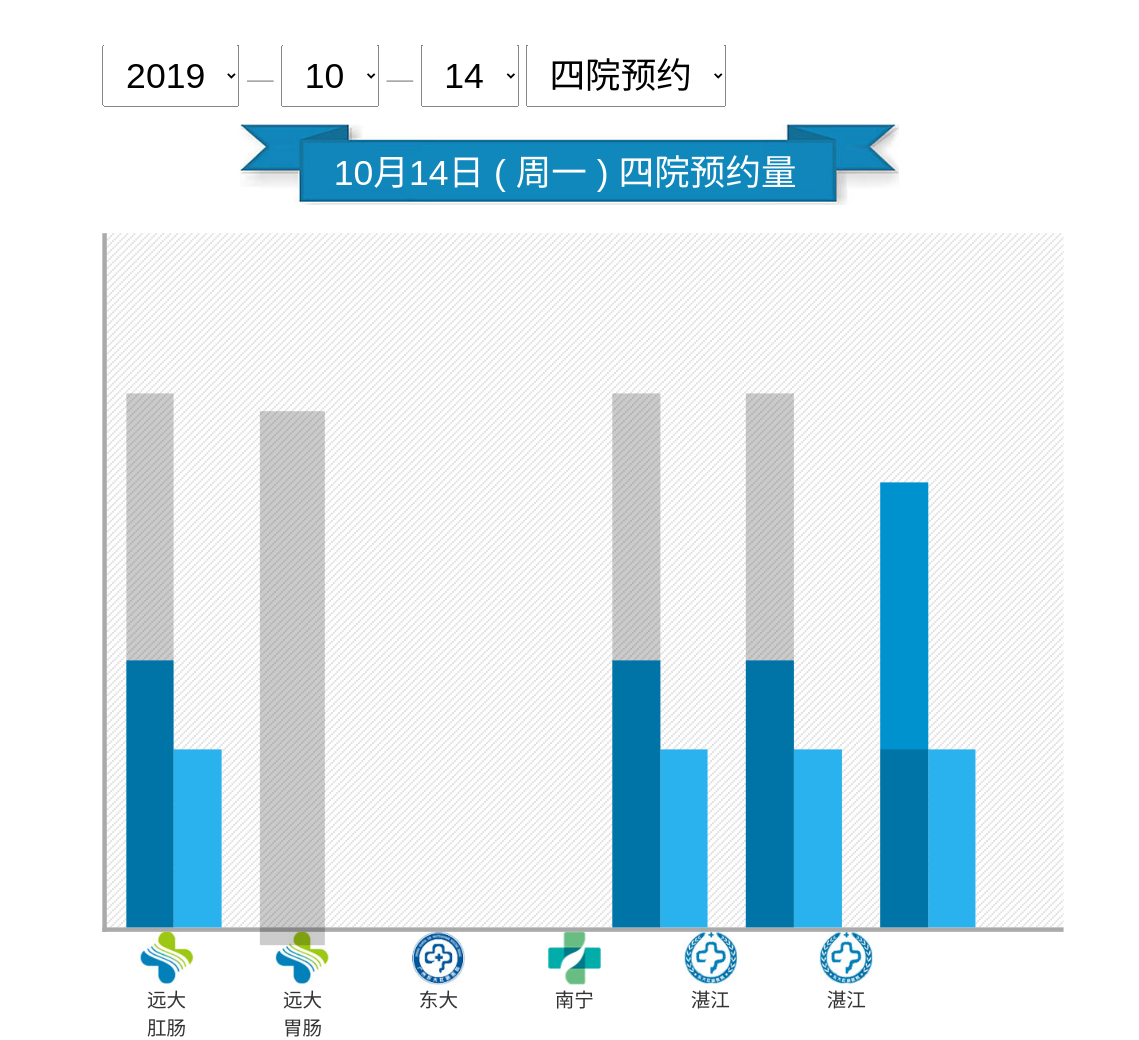
Repository: jerryyan/project
Page: http://localhost/m/index.php
An editor plug-in stored every save of this project. The page is shown before and after a run of saves, followed by the edit.
The browser window is 1280 px wide. The pictures show the whole page, at 89% of full size.
The page is run by PHP 8.4 with error messages shown; the project is at /var/www/html/. The session is filled in as if someone had signed in: {"name": "admin"}.

Above is the page before, as saved 2019-10-14 15:46:30.

After the next 2 saves:
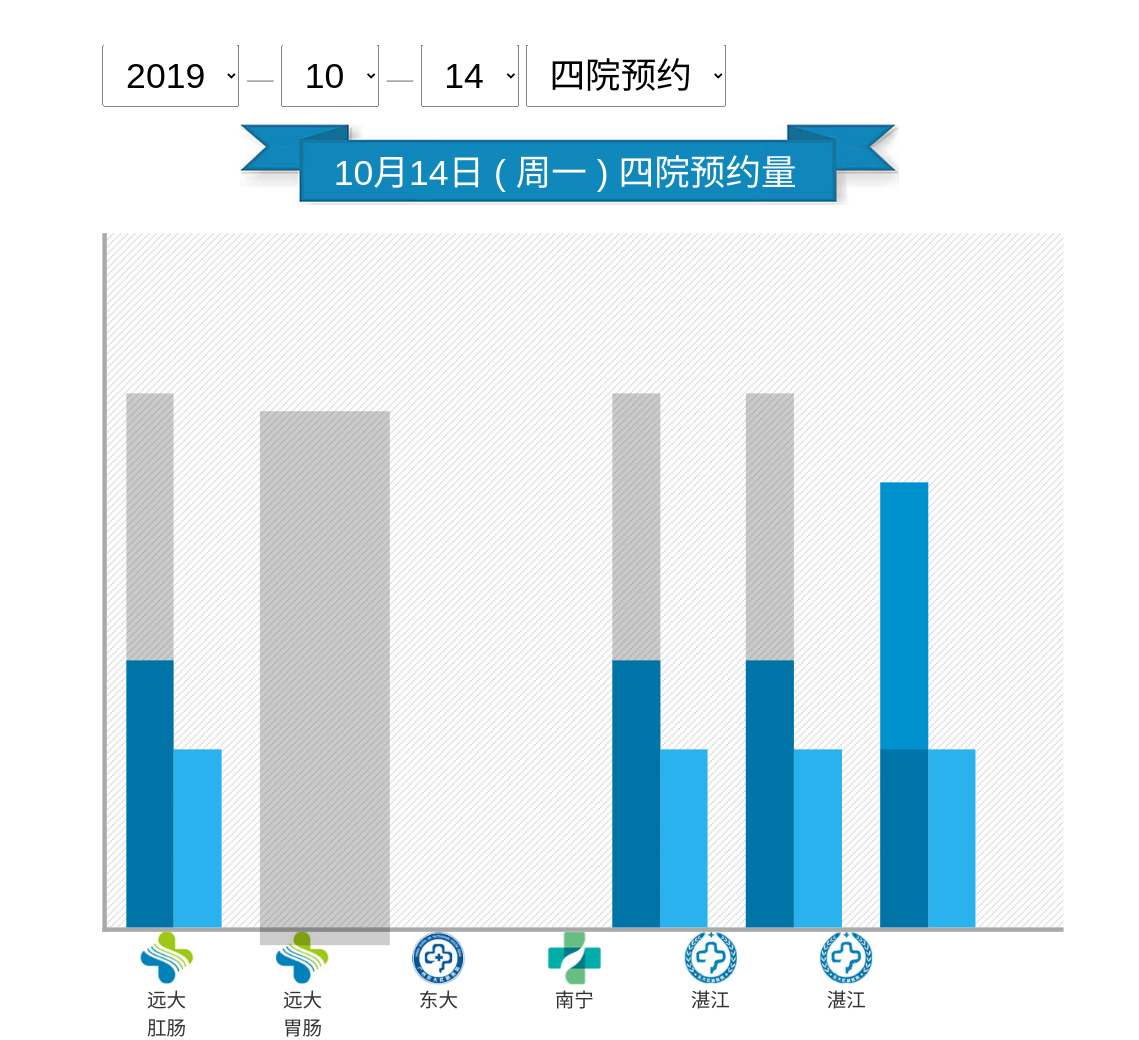
The 2 saves are shown as one change because they came seconds apart.
The last was saved 9 s later.
--- a/m/css/m.css
+++ b/m/css/m.css
@@ -213,6 +213,7 @@ ul {
 .table div .dd_3 span,
 .table div .ma_3 span,
 .table div .zj_3 span,
+.table div .ty_3 span,
 .table div .yc_3 span {
     margin-top: -80px;
     margin-bottom: 0;
